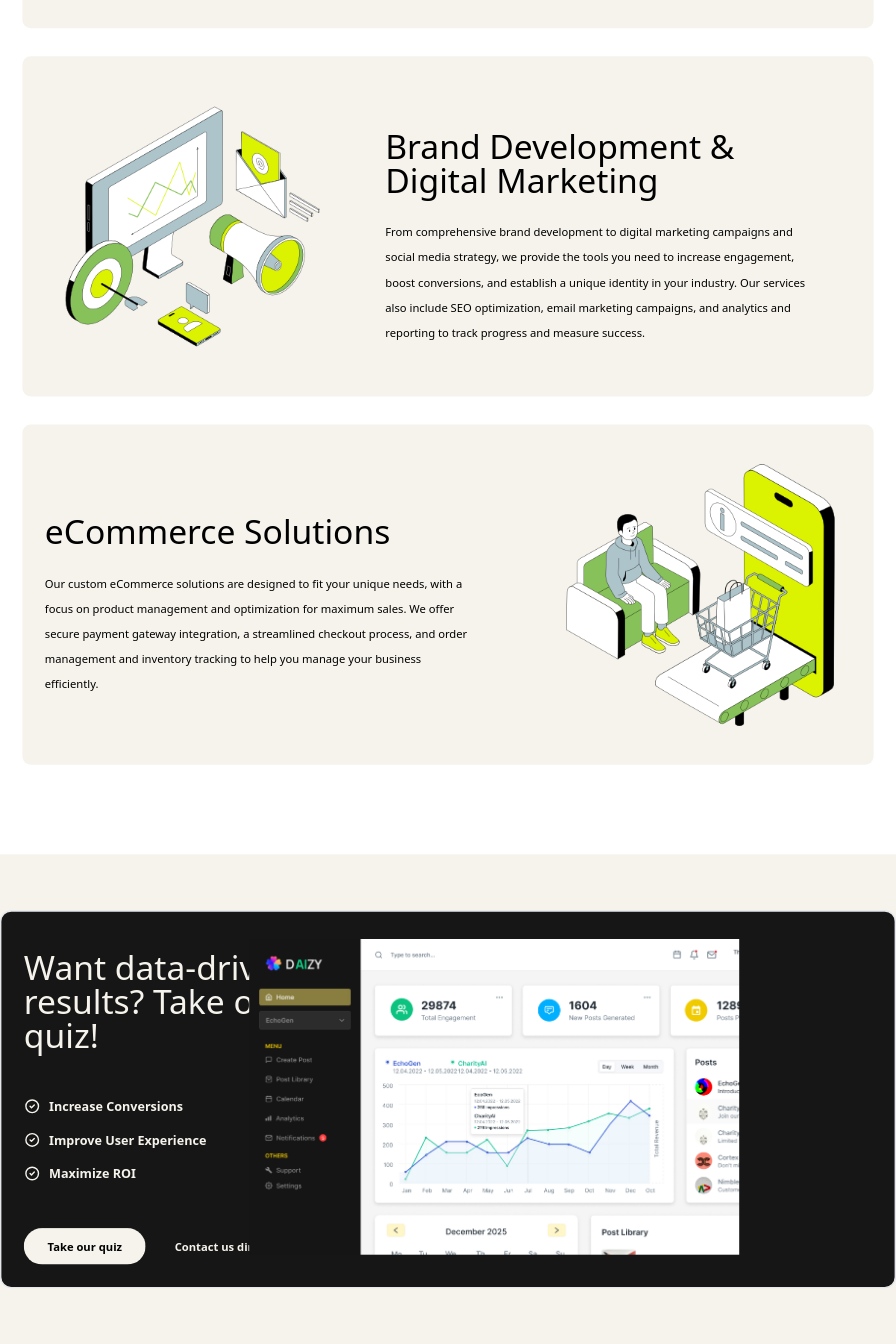
Repository: ornelasedward/mired_website
Page: /
An editor plug-in stored every save of this project. The page is shown before and after the next save, followed by the edit.
The browser window is 1280 px wide. The pictures show the part of the page from y = 2609 to 4529 px (the page is 4529 px tall), at 70% of full size.
The project was rebuilt for these pictures with package versions that can differ from the ones it lists, and the page was loaded fresh each time. The framework's server and built-in components were replaced by stand-ins that run in the browser. Also part of the build but not shown: next.config.js.

Above is the page before, as saved 2023-03-30 18:55:29.

### app/layout.tsx
import "./globals.css";

export const metadata = {
  title: "Mired",
  description: "Web design and development services",
};

export default function RootLayout({
  children,
}: {
  children: React.ReactNode;
}) {
  return (
    <html lang="en" className="bg-gradient-to-r from-[#F6F3EC] to-[#F5F3EB]">
      <body>{children}</body>
    </html>
  );
}

### app/page.tsx
import Header from "@/components/Header";
import Hero from "@/components/Hero";
import Services from "@/components/Services";
import CTA from "@/components/CTA";
import { Inter } from "next/font/google";
import Testimonial from "@/components/Testimonials";
import FAQ from "@/components/FAQ";
import Contact from "@/components/Contact";
import Footer from "@/components/Footer";

const inter = Inter({ subsets: ["latin"] });

export default function Home() {
  return (
    <main>
      <Hero />
      <Header />
      <Services />
      <CTA />
      {/* <Testimonial />
      <FAQ />
      <Contact />
      <Footer /> */}
    </main>
  );
}

### components/Header.tsx
export default function Header() {
  return (
    <section className="py-12 overflow-hidden sm:py-16 lg:py-20 xl:py-24">
      <div className="px-4 mx-auto max-w-7xl sm:px-6 lg:px-8">
        <div className="grid max-w-6xl grid-cols-1 mx-auto gap-y-12 lg:grid-cols-2 lg:gap-x-16 xl:gap-x-24">
          <div className="relative flex flex-col justify-between max-w-lg lg:py-12 lg:max-w-none">
            <div className="flex-1">
              <p className="text-sm font-normal tracking-widest uppercase">
                <span className="text-transparent bg-clip-text bg-gradient-to-r from-cyan-500 to-purple-500">
                  {" "}
                  Have a project in mind?{" "}
                </span>
              </p>
            </div>

            <div className="mt-6 lg:mt-auto">
              <h2 className="text-3xl font-normal text-black sm:text-4xl lg:text-5xl xl:text-6xl">
                We are dedicated to crafting websites that convert visitors into
                customers.
              </h2>
              <p className="mt-4 text-base font-normal text-black lg:max-w-xs sm:text-lg sm:mt-6">
                Sign up for a free consultation today and let our experts help
                you create a modern web design that focuses on increasing
                conversions and enhancing user experiences.
              </p>
            </div>
          </div>

          <div className="relative flex items-center justify-center">
            <div className="absolute right-1/4 transform translate-x-4 -translate-y-1/2 top-1/2 bg-gradient-to-br from-[#F7BE08] to-[#55F5A3] w-full h-full blur-2xl opacity-40" />

            <div className="relative overflow-hidden bg-white rounded-xl">
              <div className="p-6 sm:py-8 sm:px-9">
                <p className="text-xl font-normal text-black">
                  Let us know about your business & we will be in contact to
                  help you grow your business.
                </p>

                <form action="#" method="POST" className="mt-8 space-y-4">
                  <div>
                    <label for="" className="sr-only">
                      {" "}
                      Full name{" "}
                    </label>
                    <div>
                      <input
                        type="text"
                        name=""
                        id=""
                        placeholder="First & Last name"
                        className="block w-full px-5 py-4 text-base text-black placeholder-gray-500 bg-gray-200 rounded-md focus:border-black focus:ring-1 focus:ring-black"
                      />
                    </div>
                  </div>

                  <div>
                    <label for="" className="sr-only">
                      {" "}
                      Email address{" "}
                    </label>
                    <div>
                      <input
                        type="email"
                        name=""
                        id=""
                        placeholder="Email address"
                        className="block w-full px-5 py-4 text-base text-black placeholder-gray-500 bg-gray-200 rounded-md focus:border-black focus:ring-1 focus:ring-black"
                      />
                    </div>
                  </div>

                  <div>
                    <label for="" className="sr-only">
                      {" "}
                      Phone number{" "}
                    </label>
                    <div>
                      <input
                        type="tel"
                        name=""
                        id=""
                        placeholder="Phone number"
                        className="block w-full px-5 py-4 text-base text-black placeholder-gray-500 bg-gray-200 rounded-md focus:border-black focus:ring-1 focus:ring-black"
                      />
                    </div>
                  </div>

                  <div>
                    <label for="" className="sr-only">
                      {" "}
                      Message{" "}
                    </label>
                    <div>
                      <textarea
                        name=""
                        id=""
                        placeholder="Write your message"
                        rows="4"
                        className="block w-full px-5 py-4 text-base text-black placeholder-gray-500 bg-gray-200 rounded-md focus:border-black focus:ring-1 focus:ring-black"
                      ></textarea>
                    </div>
                  </div>

                  <div>
                    <div className="relative inline-flex mt-2 group">
                      <div className="absolute transition-all duration-200 rounded-[2rem] -inset-px bg-gradient-to-r from-cyan-500 to-purple-500 group-hover:shadow-lg group-hover:shadow-cyan-500/50"></div>
                      <button
                        type="button"
                        className="relative inline-flex items-center justify-center px-8 py-3 text-base font-normal text-white bg-black border border-transparent rounded-[2rem]"
                        role="button"
                      >
                        Send Message
                      </button>
                    </div>
                  </div>
                </form>
              </div>
            </div>
          </div>
        </div>
      </div>
    </section>
  );
}

### components/Services.tsx
import Image from "next/image";
import Laptop from "../images/Laptop.png";
import Ecom from "../images/Ecom.png";
import Marketing from "../images/Marketing.png";

export default function Services() {
  return (
    <div className="bg-white">
      <div className="relative px-4 mx-auto sm:px-6 lg:px-8 max-w-7xl">
        <div className="grid grid-cols-1 gap-10 lg:py-32 py-20">
          <div className="bg-gradient-to-r from-[#F6F3EC] to-[#F5F3EB] rounded-xl">
            <div className="grid md:grid-cols-5 grid-cols-1">
              <div className="col-span-3 flex items-center max-w-2xl">
                <div className="px-8 pt-8 flex flex-col lg:gap-8 gap-6 lg:max-w-2xl">
                  <h1 className="xl:text-5xl lg:text-4xl sm:text-2xl text-3xl font-normal text-black">
                    Web Design & Development
                  </h1>
                  <p className="text-md font-light lg:leading-9 md:leading-6 leading-9">
                    Our agency specializes in creating high-converting modern
                    website designs that are optimized for user experience. We
                    offer a range of services including UX research, UI
                    designing, web development, and API integrations, as well as
                    ongoing maintenance and support to ensure optimal website
                    performance on all devices.
                  </p>
                </div>
              </div>
              <div className="col-span-2">
                <Image
                  className="m-auto"
                  src={Laptop}
                  alt=""
                  width={500}
                  height={500}
                />
              </div>
            </div>
          </div>

          <div className="bg-gradient-to-r from-[#F6F3EC] to-[#F5F3EB] rounded-xl">
            <div className="grid md:grid-cols-5 grid-cols-1">
              <div className="col-span-2 md:block hidden">
                <Image
                  className="m-auto"
                  src={Marketing}
                  alt=""
                  width={500}
                  height={500}
                />
              </div>
              <div className="col-span-3 flex items-center max-w-2xl">
                <div className="px-8 pt-8 flex flex-col lg:gap-8 gap-6 lg:max-w-2xl">
                  <h1 className="xl:text-5xl lg:text-4xl sm:text-2xl text-3xl font-normal text-black">
                    Brand Development & Digital Marketing
                  </h1>
                  <p className="text-md font-light lg:leading-9 md:leading-6 leading-9">
                    From comprehensive brand development to digital marketing
                    campaigns and social media strategy, we provide the tools
                    you need to increase engagement, boost conversions, and
                    establish a unique identity in your industry. Our services
                    also include SEO optimization, email marketing campaigns,
                    and analytics and reporting to track progress and measure
                    success.
                  </p>
                </div>
              </div>
              <div className="col-span-2 md:hidden block">
                <Image
                  className="m-auto"
                  src={Marketing}
                  alt=""
                  width={500}
                  height={500}
                />
              </div>
            </div>
          </div>

          <div className="bg-gradient-to-r from-[#F6F3EC] to-[#F5F3EB] rounded-xl">
            <div className="grid md:grid-cols-5 grid-cols-1">
              <div className="col-span-3 flex items-center max-w-2xl">
                <div className="px-8 pt-8 flex flex-col lg:gap-8 gap-6 lg:max-w-2xl">
                  <h1 className="xl:text-5xl lg:text-4xl sm:text-2xl text-3xl font-normal text-black">
                    eCommerce Solutions
                  </h1>
                  <p className="text-md font-light lg:leading-9 md:leading-6 leading-9">
                    Our custom eCommerce solutions are designed to fit your
                    unique needs, with a focus on product management and
                    optimization for maximum sales. We offer secure payment
                    gateway integration, a streamlined checkout process, and
                    order management and inventory tracking to help you manage
                    your business efficiently.
                  </p>
                </div>
              </div>
              <div className="col-span-2">
                <Image
                  className="m-auto"
                  src={Ecom}
                  alt=""
                  width={500}
                  height={500}
                />
              </div>
            </div>
          </div>
        </div>
      </div>
    </div>
  );
}

### components/CTA.tsx
import Image from "next/image";
import Dashboard from "../images/dashboard.png";

export default function Component() {
  return (
    <div>
      <section className="relative py-12 overflow-hidden sm:py-16 lg:py-20">
        <div className="px-4 mx-auto max-w-7xl sm:px-6 lg:px-8 border-2 rounded-2xl bg-[#161616]">
          <div className="text-center lg:w-1/2 xl:w-2/5 lg:text-left lg:pr-8 py-8">
            <h2 className="mt-6 text-3xl font-regular text-[#F6F3EC] sm:text-4xl xl:text-5xl font-pj">
              Want data-driven results? Take our quiz!
            </h2>

            <ul className="mt-4 space-y-5 lg:mt-16">
              <li className="flex items-center justify-center text-[#F6F3EC] lg:justify-start">
                <svg
                  className="w-6 h-6"
                  xmlns="http://www.w3.org/2000/svg"
                  fill="none"
                  viewBox="0 0 24 24"
                  stroke="currentColor"
                >
                  <path
                    stroke-linecap="round"
                    stroke-linejoin="round"
                    stroke-width="2"
                    d="M9 12l2 2 4-4m6 2a9 9 0 11-18 0 9 9 0 0118 0z"
                  />
                </svg>
                <span className="ml-3 text-lg font-bold font-pj">
                  {" "}
                  Increase Conversions
                </span>
              </li>

              <li className="flex items-center justify-center text-[#F6F3EC] lg:justify-start">
                <svg
                  className="w-6 h-6"
                  xmlns="http://www.w3.org/2000/svg"
                  fill="none"
                  viewBox="0 0 24 24"
                  stroke="currentColor"
                >
                  <path
                    stroke-linecap="round"
                    stroke-linejoin="round"
                    stroke-width="2"
                    d="M9 12l2 2 4-4m6 2a9 9 0 11-18 0 9 9 0 0118 0z"
                  />
                </svg>
                <span className="ml-3 text-lg font-bold font-pj">
                  {" "}
                  Improve User Experience
                </span>
              </li>

              <li className="flex items-center justify-center text-[#F6F3EC] lg:justify-start">
                <svg
                  className="w-6 h-6"
                  xmlns="http://www.w3.org/2000/svg"
                  fill="none"
                  viewBox="0 0 24 24"
                  stroke="currentColor"
                >
                  <path
                    stroke-linecap="round"
                    stroke-linejoin="round"
                    stroke-width="2"
                    d="M9 12l2 2 4-4m6 2a9 9 0 11-18 0 9 9 0 0118 0z"
                  />
                </svg>
                <span className="ml-3 text-lg font-bold font-pj">
                  {" "}
                  Maximize ROI
                </span>
              </li>
            </ul>

            <div className="flex flex-col items-center mt-4 lg:justify-start sm:justify-center sm:flex-row lg:mt-16 sm:space-x-5">
              <a
                href="#"
                title=""
                className="
                        relative
                        inline-flex
                        items-center
                        justify-center
                        w-48
                        px-8
                        py-3
                        text-base
                        font-bold
                        text-black
                        transition-all
                        duration-200
                        bg-[#F6F3EC]
                        border-2 border-transparent
                        sm:w-auto
                        focus:outline-none focus:ring-2 focus:ring-offset-2 focus:ring-gray-900
                        font-pj
                        hover:bg-opacity-90
                        rounded-[2rem]
                    "
                role="button"
              >
                Take our quiz
              </a>

              <a
                href="#"
                title=""
                className="
                        inline-flex
                        items-center
                        justify-center
                        w-48
                        px-2
                        py-3
                        mt-5
                        text-base
                        font-bold
                        text-[#F6F3EC]
                        transition-all
                        duration-200
                        border-2 border-transparent
                        sm:w-autojustify-center sm:mt-0
                        rounded-[2rem]
                        font-pj
                        focus:outline-none focus:ring-2 focus:ring-offset-2 focus:ring-gray-900
                        focus:bg-transparent
                        hover:text-white
                        focus:text-white
                        hover:border-white
                        focus:border-gray-900
                    "
                role="button"
              >
                Contact us directly
              </a>
            </div>
          </div>
        </div>

        <div className="mt-16 translate-x-12 lg:absolute lg:bottom-0 lg:right-0 lg:-translate-y-32 lg:-translate-x-56">
          <div className="relative">
            <div className="-inset-2">
              <div
                className="w-full h-full mx-auto opacity-30 blur-lg filter"
                style={{
                  background:
                    "linear-gradient(90deg, #44ff9a -0.55%, #44b0ff 22.86%, #8b44ff 48.36%, #ff6644 73.33%, #ebff70 99.34%)",
                }}
              ></div>
            </div>

            <div className="relative">
              <div className="aspect-w-16 aspect-h-12 lg:aspect-none">
                <Image
                  className="object-cover object-left-top w-[700px] h-full lg:max-w-4xl 2xl:max-w-5xl"
                  src={Dashboard}
                  alt=""
                />
              </div>
            </div>
          </div>
        </div>
      </section>
    </div>
  );
}

Loaded but not shown: app/globals.css (common file); tailwind.config.js (common file); components/Hero.tsx (254 lines, source omitted)

After the next save:
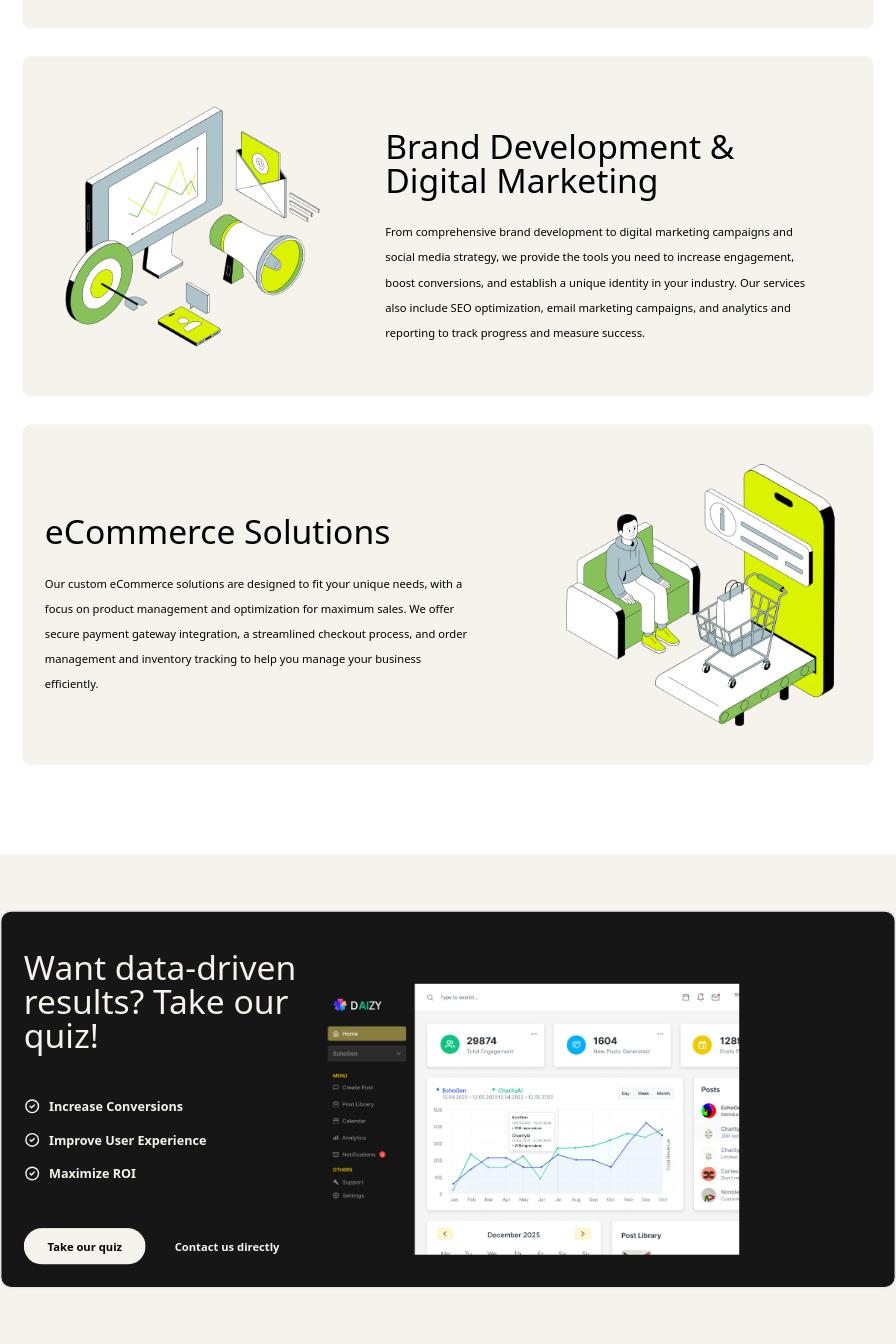
Saved 4 s later.
--- a/components/CTA.tsx
+++ b/components/CTA.tsx
@@ -156,7 +156,7 @@
             <div className="relative">
               <div className="aspect-w-16 aspect-h-12 lg:aspect-none">
                 <Image
-                  className="object-cover object-left-top w-[700px] h-full lg:max-w-4xl 2xl:max-w-5xl"
+                  className="object-cover object-left-top w-[600px] h-full lg:max-w-4xl 2xl:max-w-5xl"
                   src={Dashboard}
                   alt=""
                 />
